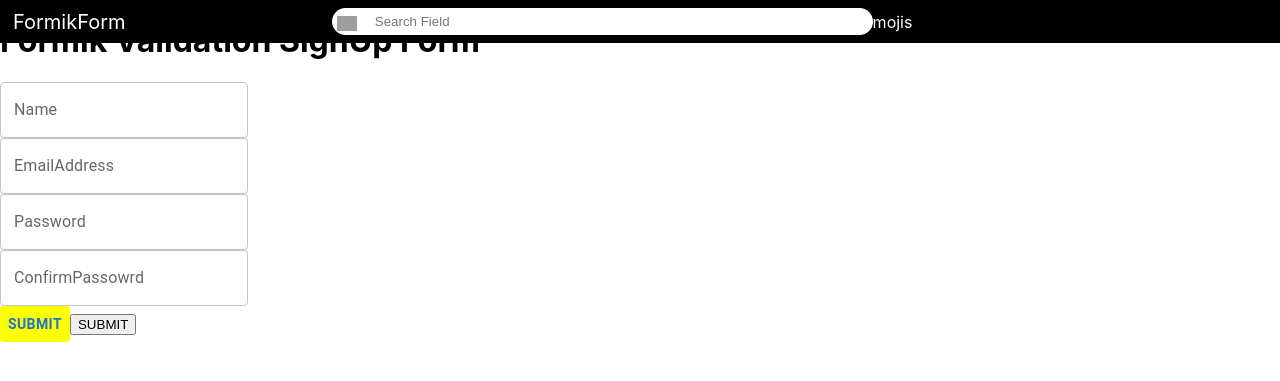
Repository: mohit78911/formikformvalidation
Page: /
An editor plug-in stored every save of this project. The page is shown before and after the next save, followed by the edit.
The browser window is 1280 px wide. The pictures show the whole page.
Pictures or frames that could not be fetched are drawn as grey boxes. The project was rebuilt for these pictures with package versions that can differ from the ones it lists, and the page was loaded fresh each time.

Above is the page before, as saved 2023-06-06 05:41:14.

After the next save:
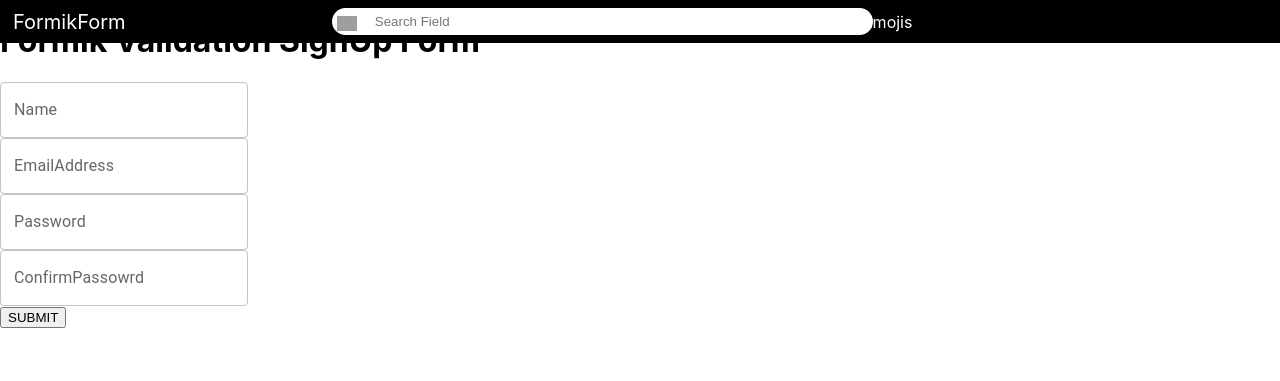
Saved 87 s later.
--- a/src/component/Form.js
+++ b/src/component/Form.js
@@ -63,7 +63,7 @@ export default function Form() {
                 />
                 {formik.errors.confirm_password && formik.touched.confirm_password ? <p>{formik.errors.confirm_password}</p> : null}
                 <br />
-                <Button type='submit' style={{backgroundColor:"yellow"}} className='submitbtn'><b>SUBMIT</b></Button>
+                {/* <Button type='submit' style={{backgroundColor:"yellow"}} className='submitbtn'><b>SUBMIT</b></Button>  */}
             <button className='submitbtn' type='submit'>SUBMIT</button>
             </form>
             </div>
